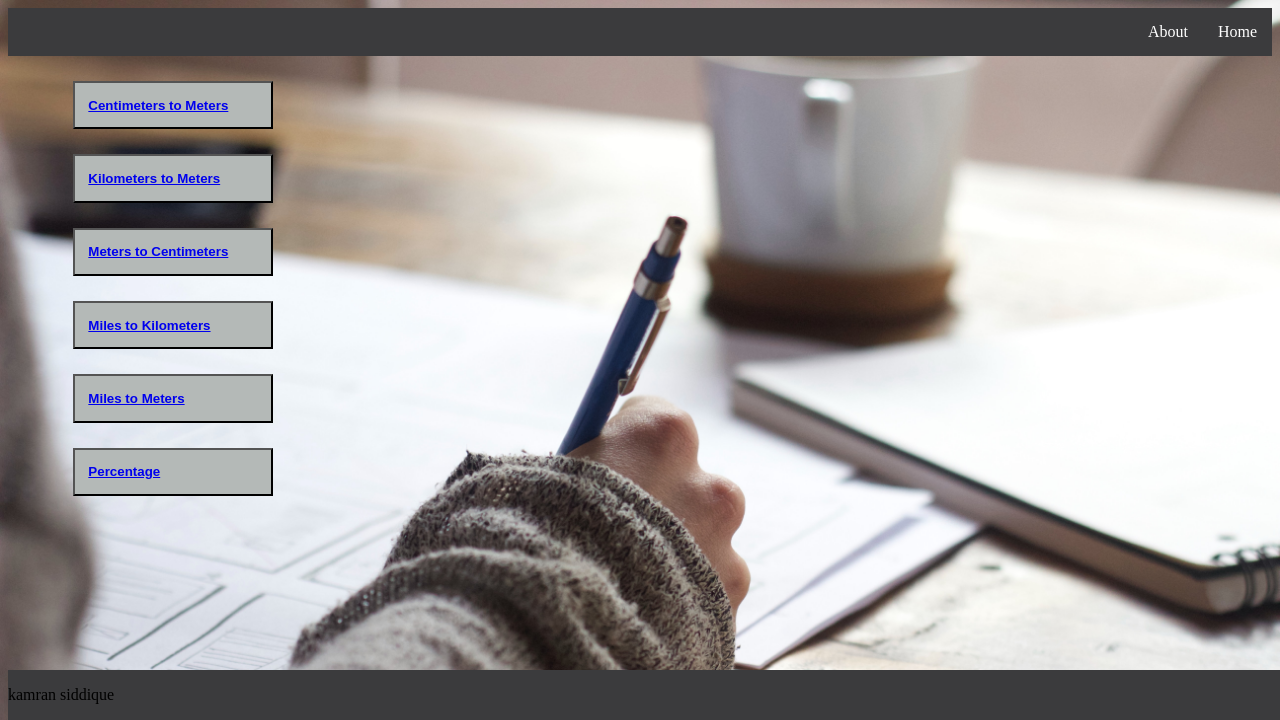
Repository: Kamrangujjar85112/Length-Converter
Page: html/home.html
An editor plug-in stored every save of this project. The page is shown before and after the next save, followed by the edit.
The browser window is 1280 px wide. The pictures show the whole page.

Above is the page before, as saved 2022-01-21 03:50:45.

### html/home.html
<!-- home -->
<!DOCTYPE html>
<html lang="en">
<head>
    <meta charset="UTF-8">
    <meta http-equiv="X-UA-Compatible" content="IE=edge">
    <meta name="viewport" content="width=device-width, initial-scale=1.0">
    <title>Home</title>
    <link rel="stylesheet" href="../css/style.css">

</head>
<body>
   <div class="wrapper">
    <div class="header">
        <nav>
            <ul class="nav-ul">
                <li class="nav-li"><a href="#home">Home</a></li>
                <li class="nav-li"><a href="#about">About</a></li>
            </ul>
        </nav>
   </div>
   <div class="container ">
        <ul>
            <li class="link">
                <button><a href="cm_km.html">Centimeters to Meters</a></button>
            </li>
            <li class="link">
                <button><a href="km_m.html">Kilometers to Meters</a></button>
            </li>
            <li class="link">
                <button><a href="m_cm.html">Meters to Centimeters</a></button>
            </li>
            <li class="link">
                <button><a href="mi_km.html">Miles to Kilometers</a></button>
            </li>
            <li class="link">
                <button><a href="mi_m.html">Miles to Meters</a></button>
            </li>
            <li class="link">
                <button><a href="percentage.html">Percentage</a></button>
            </li>
        </ul>
        <div class="footer">
            <p>kamran siddique</p>
       </div>
       </div>
   </div>
</body>
</html>

### css/style.css
  body{
    background-image: url('background.jpg');
    background-repeat: no-repeat;
    background-attachment: fixed;
    background-size: cover;
}
.header{
    top: 0;
    width: 100%;
    margin: 0;
    position: relative;

}
.nav-ul{
    list-style-type: none;
    margin: 0;
    overflow: hidden;
    background: rgb(59, 59, 61);
  }

  .nav-li {
    float: right;
    align-items: inherit;
  }

  .nav-li a {
    display: block;
    color: rgb(255, 255, 255);
    text-align:justify;
    padding: 15px 15px;
    text-decoration: none;
  }
  .link {
    list-style: none;
  }
  button {

    margin: 25px;
	padding: 1.1em 1em;
	font-weight:bold;
    width:200px;
    display: block;
    text-align:justify;
    background-color: #b4b9b7;
}




  /* Change the link color to #111 (black) on hover */
  .nav-li a:hover {
    background-color: #0ac577;
  }
.footer{
    bottom: 0;
    width: 100%;
    position: fixed;
    background: rgb(59, 59, 61);
}
/* Some more styles to beutify this example */

After the next save:
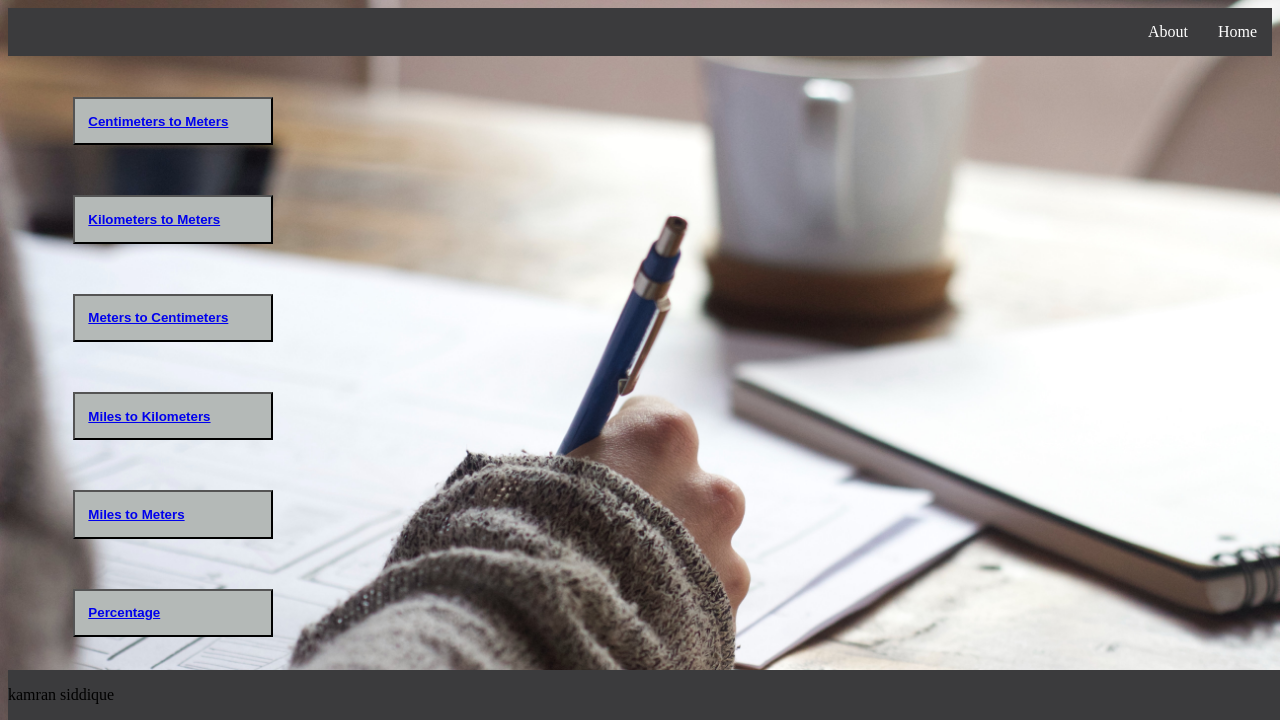
Saved 14 s later.
--- a/css/style.css
+++ b/css/style.css
@@ -39,7 +39,6 @@
 	padding: 1.1em 1em;
 	font-weight:bold;
     width:200px;
-    display: block;
     text-align:justify;
     background-color: #b4b9b7;
 }
